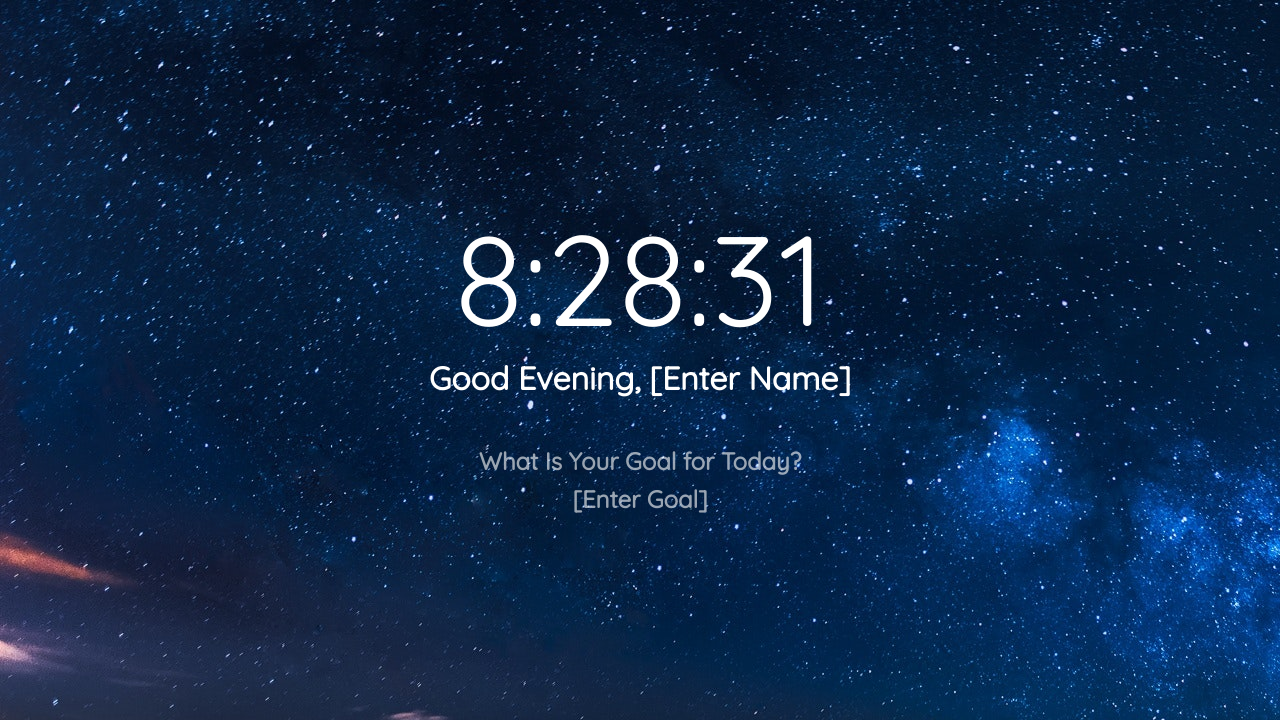
Repository: MikeTroianello/Landing-Page
Page: index.html
An editor plug-in stored every save of this project. The page is shown before and after the next save, followed by the edit.
The browser window is 1280 px wide. The pictures show the whole page.

Above is the page before, as saved 2019-06-20 00:17:19.

### index.html
<!DOCTYPE html>
<html lang="en">
  <head>
    <meta charset="UTF-8" />
    <meta name="viewport" content="width=device-width, initial-scale=1.0" />
    <meta http-equiv="X-UA-Compatible" content="ie=edge" />
    <link
      href="https://fonts.googleapis.com/css?family=Quicksand&display=swap"
      rel="stylesheet"
    />
    <link rel="stylesheet" href="./style.css" />
    <title>Greetings!</title>
  </head>
  <body>
    <time id="time"></time>
    <h1>
      <span id="greeting"></span>
      <span id="name" contenteditable="true"></span>
    </h1>
    <!-- <h2 id="focus">What Is Your Focus for Today?</h2> -->
    <h2>What Is Your Goal for Today?</h2>
    <h2 id="goal" contenteditable="true"></h2>

    <script src="main.js"></script>
  </body>
</html>

### style.css
* {
  box-sizing: border-box;
  margin: 0;
  padding: 0;
}

body {
  font-family: 'Quicksand', sans-serif;
  display: flex;
  flex-direction: column;
  align-items: center;
  justify-content: center;
  text-align: center;
  height: 100vh;
  color: 'black';
}

#time {
  font-size: 8rem;
}

h1 {
  margin-bottom: 3rem;
}

h2 {
  margin-bottom: 0.5rem;
  opacity: 0.6;
}

@media (max-width: 700px) {
  #time {
    font-size: 6rem;
  }
}

### main.js
// DOM Elements
const time = document.getElementById('time'),
  greeting = document.getElementById('greeting'),
  name = document.getElementById('name'),
  goal = document.getElementById('goal');

//SHOW TIME

function showTime() {
  let today = new Date(),
    hour = today.getHours(),
    min = today.getMinutes(),
    sec = today.getSeconds();

  //SET AM OR PM
  let amPm;
  if (hour >= 12 ? (amPm = 'PM') : (amPm = 'AM'))
    //12 Hour Format
    hour = hour % 12 || 12;

  //Output Time
  time.innerHTML = `${hour}<span>:</span>${addZero(min)}<span>:</span>${addZero(
    sec
  )}`;

  setTimeout(showTime, 1000);
}

function addZero(x) {
  return (x < 10 ? '0' : '') + x;
}

//Background

function timeGreeting() {
  let today = new Date(),
    hour = today.getHours();

  if (hour > 17 || hour < 6) {
    greeting.innerText = 'Good Evening,';
    document.body.style.backgroundImage = 'url(./img/night.jpg)';
    document.body.style.color = 'white';
  } else if (hour < 12 && hour >= 6) {
    greeting.innerText = 'Good Morning,';
    document.body.style.backgroundImage = 'url(./img/morning.jpg)';
  } else {
    greeting.innerText = 'Good Afternoon,';
    document.body.style.backgroundImage = 'url(./img/afternoon.jpg)';
  }
}

//Name

function findName() {
  console.log(!localStorage.getItem('name'));
  if (!localStorage.getItem('name')) {
    name.textContent = '[Enter Name]';
  } else {
    name.textContent = localStorage.getItem('name');
  }
}

function findGoal() {
  if (localStorage.getItem('goal') == null) {
    goal.textContent = '[Enter Goal]';
  } else {
    goal.textContent = localStorage.getItem('goal');
  }
}

function setName(e) {
  if (e.type == 'keypress') {
    if (e.keyCode === 13) {
      localStorage.setItem('name', e.target.innerText);
      name.blur();
    }
  } else {
    localStorage.setItem('name', e.target.innerText);
  }
}

//Goal

function setGoal(e) {
  if (e.type == 'keypress') {
    if (e.keyCode == 13) {
      localStorage.setItem('goal', e.target.innerText);
      name.blur();
    }
  } else {
    localStorage.setItem('goal', e.target.innerText);
  }
}

name.addEventListener('keypress', setName);
name.addEventListener('blur', setName);

goal.addEventListener('keypress', setGoal);
goal.addEventListener('blur', setGoal);

showTime();
timeGreeting();
findName();
findGoal();

After the next save:
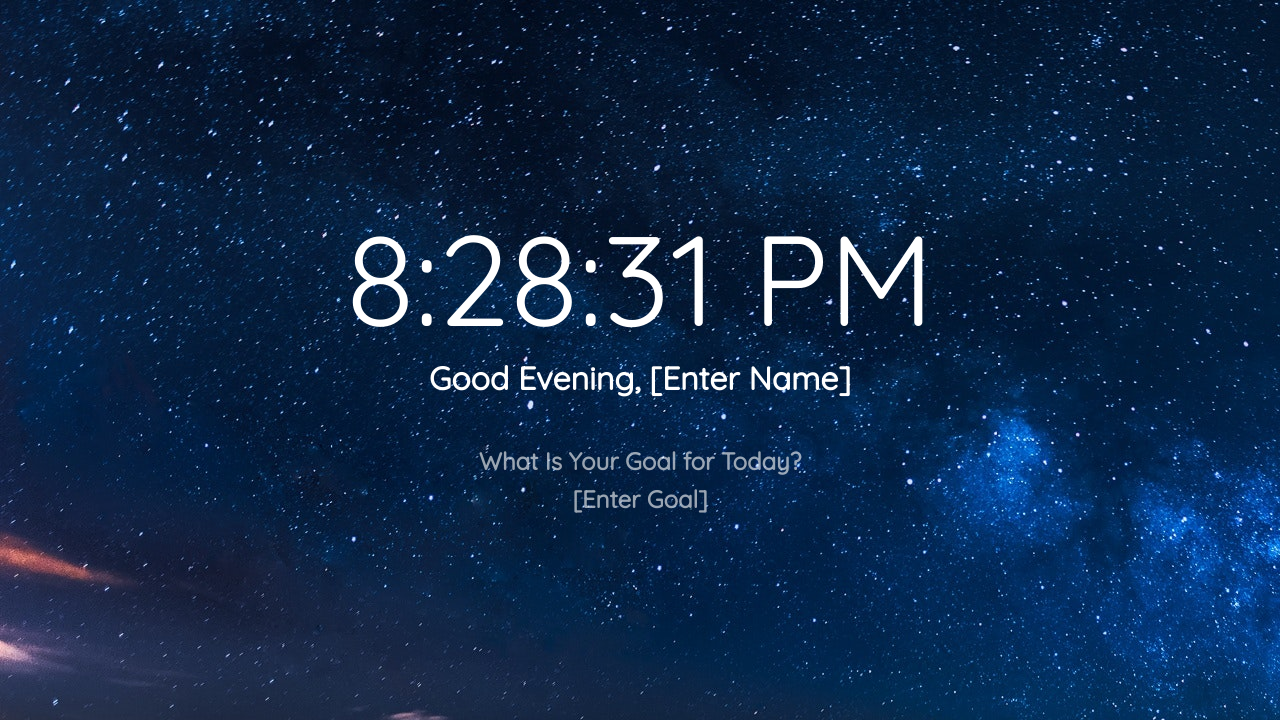
Saved 12 s later.
--- a/main.js
+++ b/main.js
@@ -21,7 +21,7 @@ function showTime() {
   //Output Time
   time.innerHTML = `${hour}<span>:</span>${addZero(min)}<span>:</span>${addZero(
     sec
-  )}`;
+  )} ${amPm}`;
 
   setTimeout(showTime, 1000);
 }
